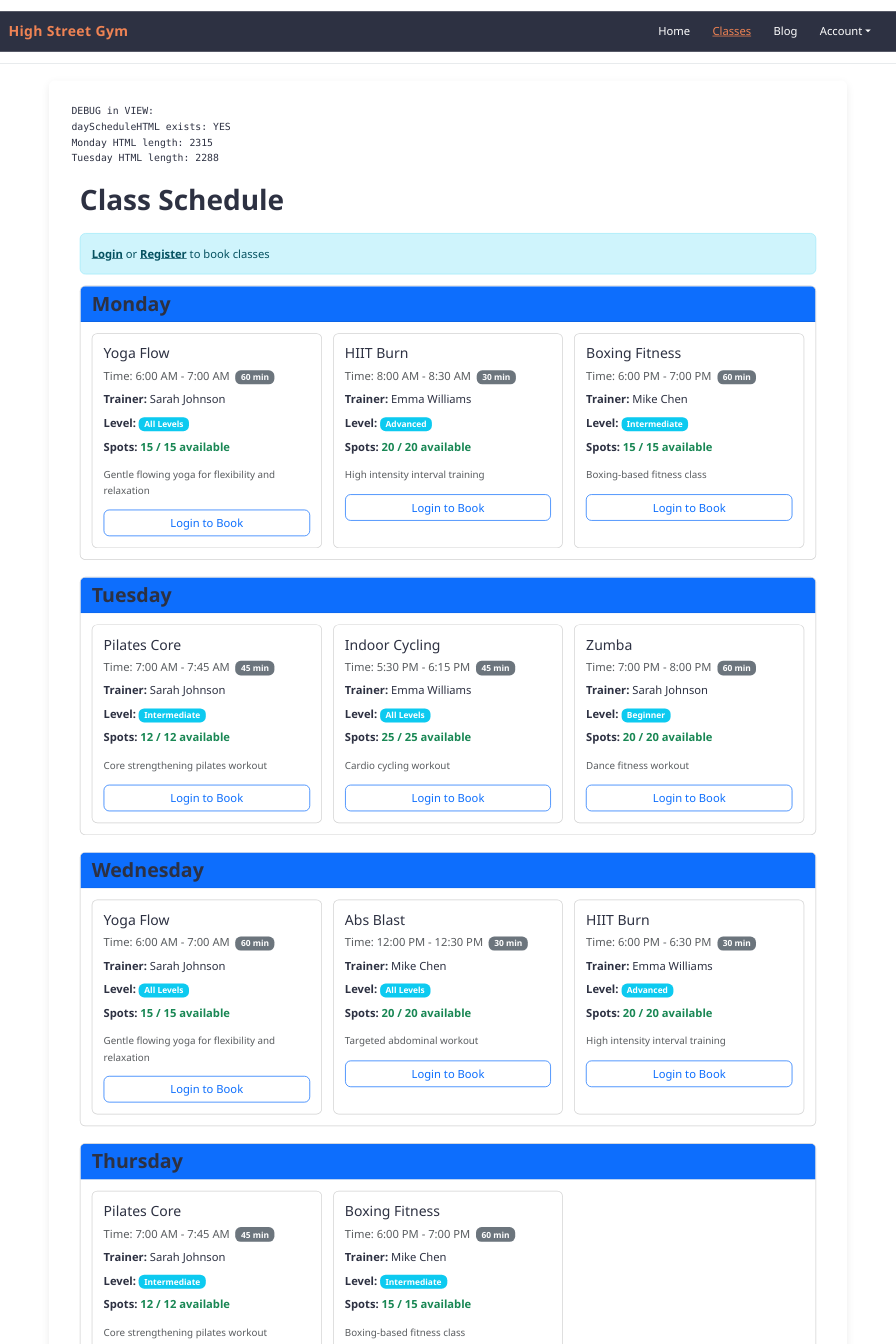
Repository: HBDSolutions/highstreetgym
Page: http://localhost/highstreetgym/controllers/classescontroller.php
These files come from the project's save history. The page is drawn as it stood at one moment and after the next save; the edit follows.
The browser window is 1280 px wide. The pictures show the part of the page from y = 0 to 1920 px (the page is 2950 px tall before and 2861 px after), at 70% of full size.
The page is run by PHP 8.4 with error messages shown; the project is at /var/www/html/. The database holds what the project's SQL file puts in it. Queries for data that is not in the repository find no rows.

Above is the page before, as saved 2025-10-29 23:16:57.

After the next save:
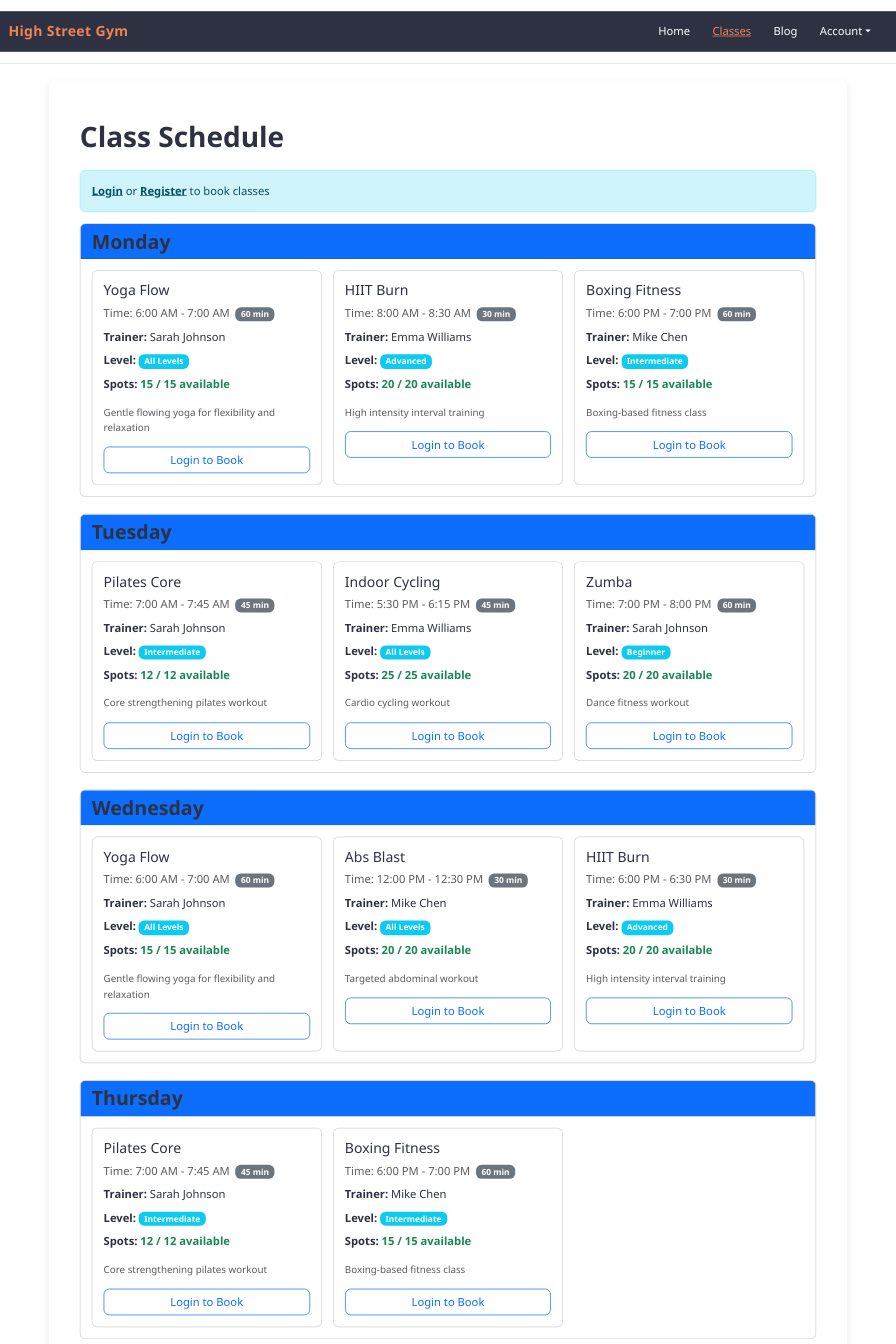
Saved 46 s later.
--- a/views/classes.php
+++ b/views/classes.php
@@ -1,14 +1,3 @@
-<?php
-// DEBUG: Check if variables exist
-echo '<pre>DEBUG in VIEW:';
-echo "\ndayScheduleHTML exists: " . (isset($dayScheduleHTML) ? 'YES' : 'NO');
-if (isset($dayScheduleHTML)) {
-    echo "\nMonday HTML length: " . strlen($dayScheduleHTML['Monday']);
-    echo "\nTuesday HTML length: " . strlen($dayScheduleHTML['Tuesday']);
-}
-echo '</pre>';
-?>
-
 <div class="container my-4">
     <h1 class="mb-4">Class Schedule</h1>
 
